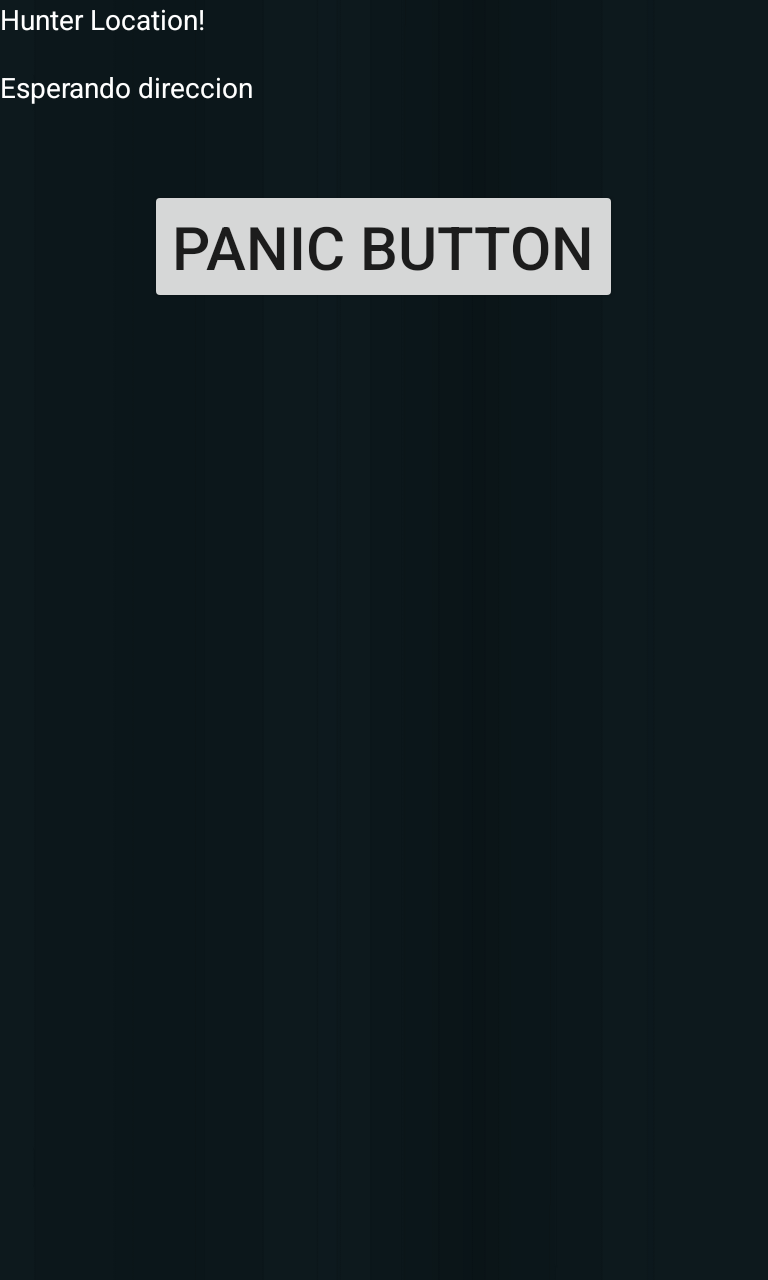
Repository: aludena18/android_apps
Layout: AlarmServiceLocation/res/layout/activity_main.xml
An editor plug-in stored every save of this project. The layout is shown before and after the next save, followed by the edit.
It is drawn on a 768 x 1280 px phone screen (xhdpi) without system bars, with theme AppTheme; the app's code is not run.

Above is the layout before, as saved 2015-07-20 14:58:59.

### AlarmServiceLocation/res/layout/activity_main.xml
<LinearLayout xmlns:android="http://schemas.android.com/apk/res/android"
    xmlns:tools="http://schemas.android.com/tools"
    android:layout_width="match_parent"
    android:layout_height="match_parent"
    android:orientation="vertical"
    android:background="@drawable/fondo2"
    tools:context="com.alg.alarmservicelocation.MainActivity" >

    <TextView
        android:layout_width="wrap_content"
        android:layout_height="wrap_content"
        android:textColor="#ffffff"
        android:text="@string/hello_world" />

    <LinearLayout
        android:layout_width="wrap_content"
        android:layout_height="wrap_content"
        android:orientation="horizontal" >

        <TextView
            android:id="@+id/txvDireccion"
            android:layout_width="wrap_content"
            android:layout_height="wrap_content"
            android:layout_marginTop="15dp"
            android:textColor="#ffffff"
            android:text="@string/etqTxvDireccion" />
    </LinearLayout>

    <LinearLayout
        android:paddingTop="40dp"
        android:layout_width="match_parent"
        android:layout_height="wrap_content"
        android:gravity="center_horizontal"
        android:orientation="horizontal" >
        <Button
            android:id="@+id/btnPanic"
            android:layout_width="wrap_content"
            android:layout_height="wrap_content"
            android:textSize="30sp"
            android:text="@string/etqBtnPanic" />
    </LinearLayout>

</LinearLayout>

### AlarmServiceLocation/res/values/strings.xml
<?xml version="1.0" encoding="utf-8"?>
<resources>

    <string name="app_name">Alarm Service Location</string>
    <string name="hello_world">Hunter Location!</string>
    <string name="action_settings">Settings</string>

    <string name="etqBtnPanic">Panic Button</string>
    <string name="etqTxvDireccion">Esperando direccion</string>

</resources>

Loaded but not shown: AlarmServiceLocation/res/values/styles.xml (common file); AlarmServiceLocation/res/values-v11/styles.xml (common file); AlarmServiceLocation/res/values-v14/styles.xml (common file)

After the next save:
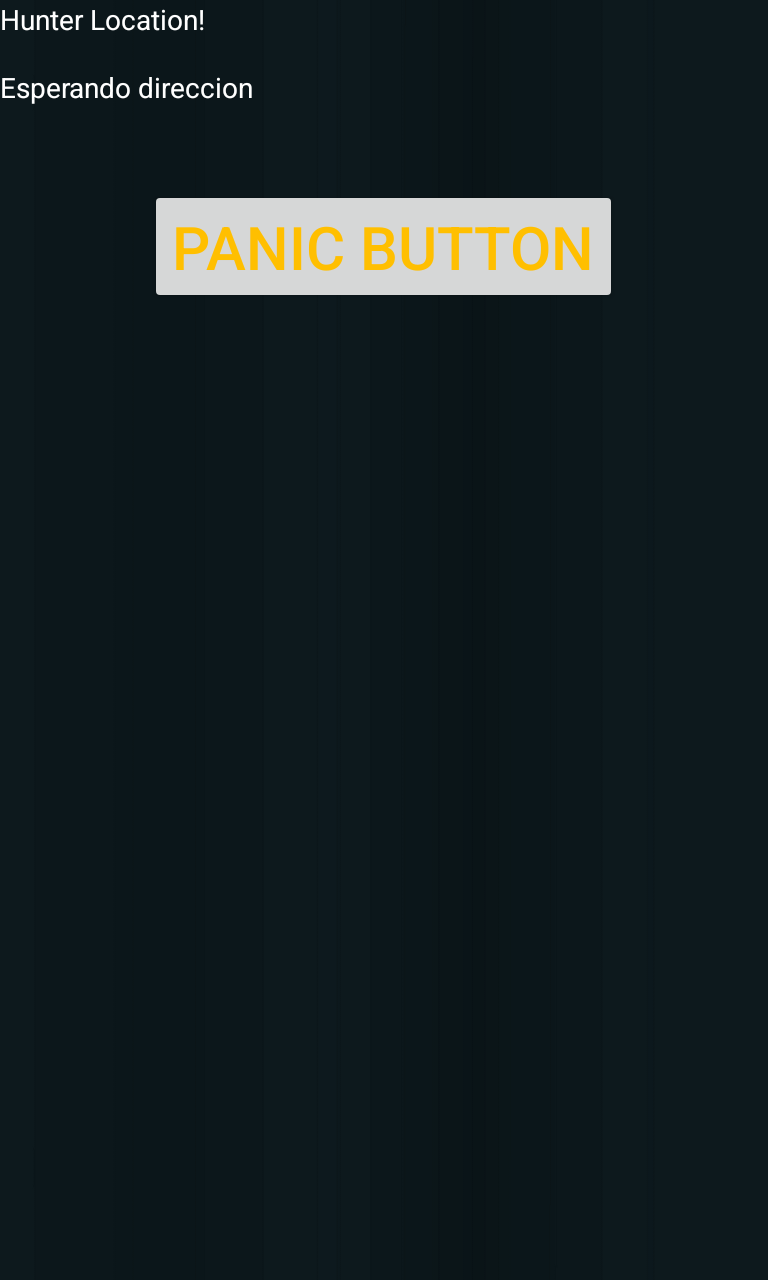
Saved 5 min 36 s later.
--- a/AlarmServiceLocation/res/layout/activity_main.xml
+++ b/AlarmServiceLocation/res/layout/activity_main.xml
@@ -36,6 +36,7 @@
             android:id="@+id/btnPanic"
             android:layout_width="wrap_content"
             android:layout_height="wrap_content"
+            android:textColor="#FFBF00"
             android:textSize="30sp"
             android:text="@string/etqBtnPanic" />
     </LinearLayout>

After the save that followed:
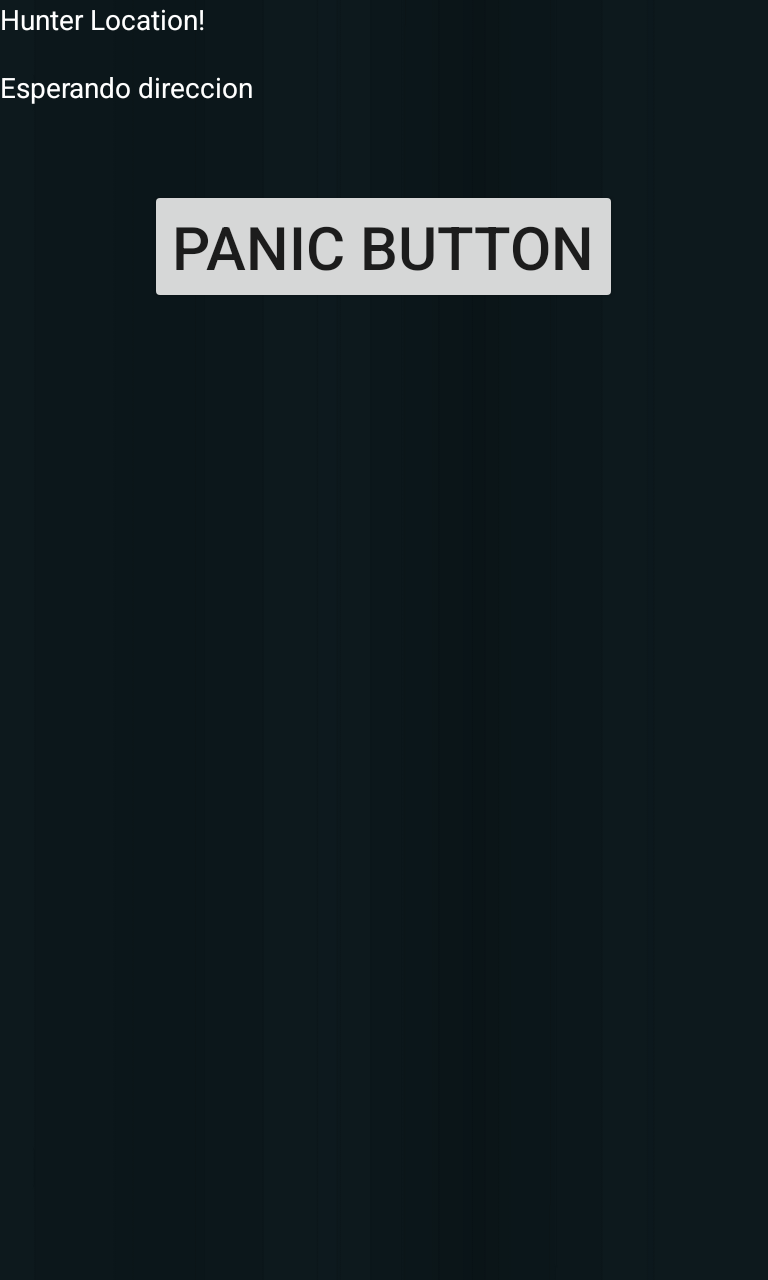
Saved 2 min 59 s later.
--- a/AlarmServiceLocation/res/layout/activity_main.xml
+++ b/AlarmServiceLocation/res/layout/activity_main.xml
@@ -36,7 +36,6 @@
             android:id="@+id/btnPanic"
             android:layout_width="wrap_content"
             android:layout_height="wrap_content"
-            android:textColor="#FFBF00"
             android:textSize="30sp"
             android:text="@string/etqBtnPanic" />
     </LinearLayout>
